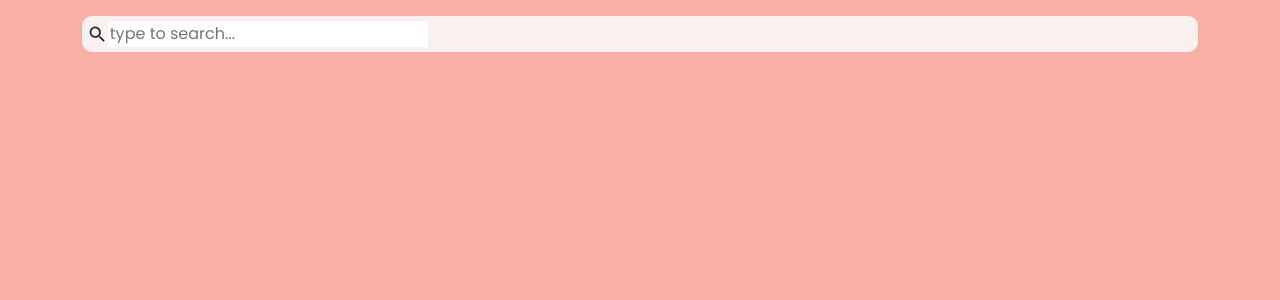
Repository: DeraBola/user-app
Page: /
An editor plug-in stored every save of this project. The page is shown before and after the next save, followed by the edit.
The browser window is 1280 px wide. The pictures show the whole page.
The page's requests for data from a server got no answer. The project was rebuilt for these pictures with package versions that can differ from the ones it lists, and the page was loaded fresh each time. No one was signed in, and anything a server would have sent is missing.

Above is the page before, as saved 2022-08-09 21:41:21.

After the next save:
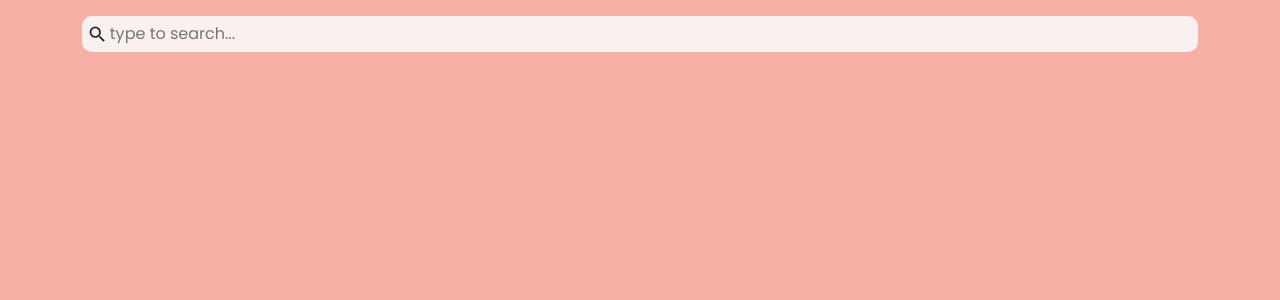
Saved 65 s later.
--- a/src/App.css
+++ b/src/App.css
@@ -52,4 +52,5 @@
 
         .search input {
             border: none;
+            background-color: #f9f1f0;
         }
